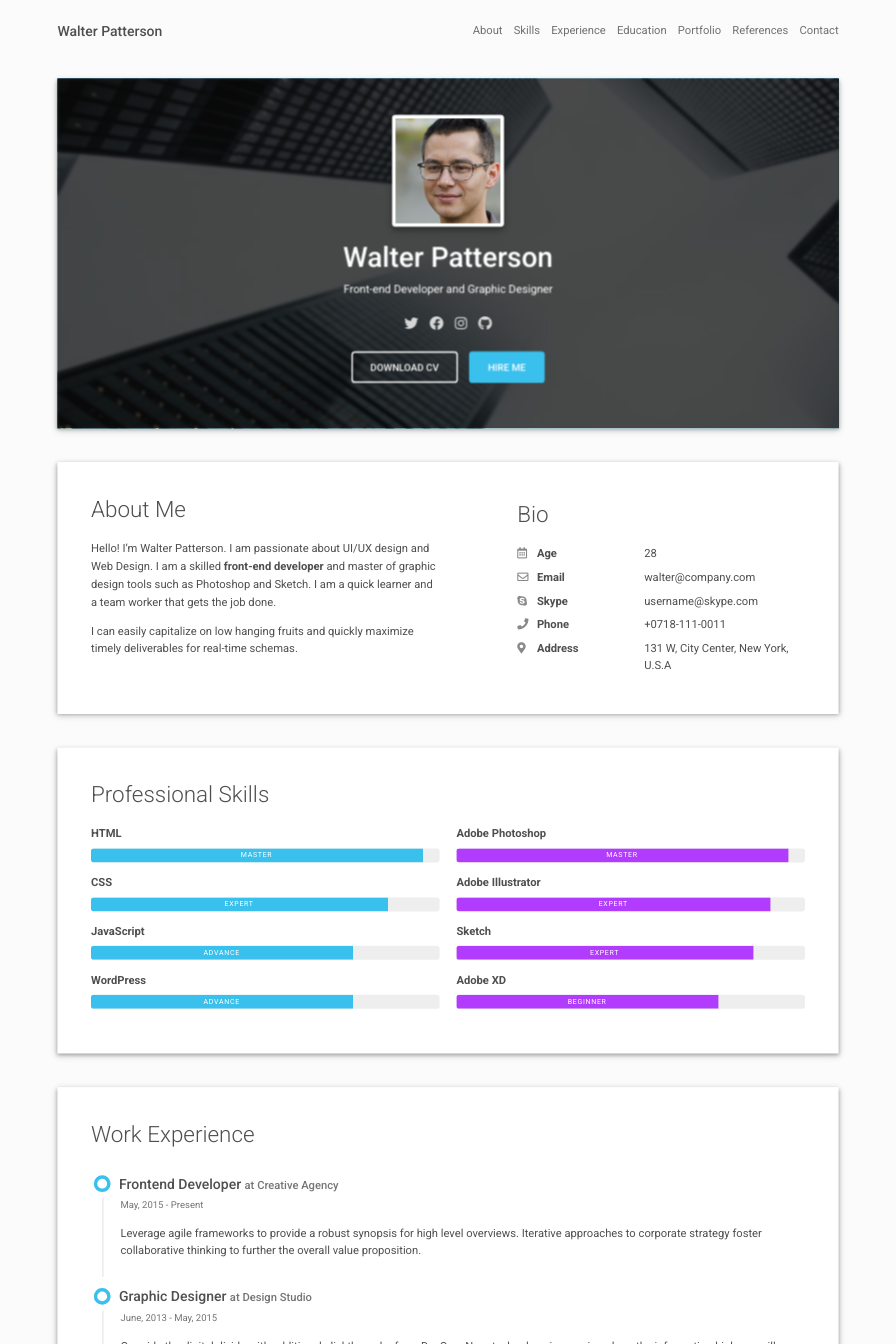
Repository: Namtran3107/CV
Page: index.html
An editor plug-in stored every save of this project. The page is shown before and after the next save, followed by the edit.
The browser window is 1280 px wide. The pictures show the part of the page from y = 0 to 1920 px (the page is 5347 px tall), at 70% of full size.

Above is the page before, as saved 2021-03-10 17:12:45.

### index.html
<!DOCTYPE html>
<html lang="en-US">
  <head>
    <meta charset="UTF-8">
    <meta http-equiv="X-UA-Compatible" content="IE=edge">
    <meta name="viewport" content="width=device-width, initial-scale=1">
    <title>Material Resume</title>
    <link rel="preconnect" href="https://fonts.gstatic.com" crossorigin="crossorigin"/>
    <link rel="preload" as="style" href="https://fonts.googleapis.com/css2?family=Poppins:wght@600&amp;family=Roboto:wght@300;400;500;700&amp;display=swap"/>
    <link rel="stylesheet" href="https://fonts.googleapis.com/css2?family=Poppins:wght@600&amp;family=Roboto:wght@300;400;500;700&amp;display=swap" media="print" onload="this.media='all'"/>
    <noscript>
      <link rel="stylesheet" href="https://fonts.googleapis.com/css2?family=Poppins:wght@600&amp;family=Roboto:wght@300;400;500;700&amp;display=swap"/>
    </noscript>
    <link href="css/font-awesome/css/all.min.css?ver=1.2.1" rel="stylesheet">
    <link href="css/mdb.min.css?ver=1.2.1" rel="stylesheet">
    <link href="css/aos.css?ver=1.2.1" rel="stylesheet">
    <link href="css/main.css?ver=1.2.1" rel="stylesheet">
    <noscript>
      <style type="text/css">
        [data-aos] {
            opacity: 1 !important;
            transform: translate(0) scale(1) !important;
        }
      </style>
    </noscript>
  </head>
  <body class="bg-light" id="top">
    <header class="d-print-none">
      <div class="container text-center text-lg-left">
        <div class="pt-4 clearfix">
          <h1 class="site-title mb-0">Walter Patterson</h1>
          <div class="site-nav">
            <nav role="navigation">
              <ul class="nav justify-content-center">
                <li class="nav-item"><a class="nav-link" href="#about" title="About"><span class="menu-title">About</span></a>
                </li>
                <li class="nav-item"><a class="nav-link" href="#skills" title="Skills"><span class="menu-title">Skills</span></a>
                </li>
                <li class="nav-item"><a class="nav-link" href="#experience" title="Experience"><span class="menu-title">Experience</span></a>
                </li>
                <li class="nav-item"><a class="nav-link" href="#education" title="Education"><span class="menu-title">Education</span></a>
                </li>
                <li class="nav-item"><a class="nav-link" href="#portfolio" title="Portfolio"><span class="menu-title">Portfolio</span></a>
                </li>
                <li class="nav-item"><a class="nav-link" href="#references" title="References"><span class="menu-title">References</span></a>
                </li>
                <li class="nav-item"><a class="nav-link" href="#contact" title="Contact"><span class="menu-title">Contact</span></a>
                </li>
              </ul>
            </nav>
          </div>
        </div>
      </div>
    </header>
    <div class="page-content">
      <div class="container">
<div class="resume-container">
  <div class="shadow-1-strong bg-white my-5" id="intro">
    <div class="bg-info text-white">
      <div class="cover bg-image"><img src="images/header-background.jpg"/>
        <div class="mask" style="background-color: rgba(0, 0, 0, 0.7);backdrop-filter: blur(2px);">
          <div class="text-center p-5">
            <div class="avatar p-1"><img class="img-thumbnail shadow-2-strong" src="images/avatar.jpg" width="160" height="160"/></div>
            <div class="header-bio mt-3">
              <div data-aos="zoom-in" data-aos-delay="0">
                <h2 class="h1">Walter Patterson</h2>
                <p>Front-end Developer and Graphic Designer</p>
              </div>
              <div class="header-social mb-3 d-print-none" data-aos="zoom-in" data-aos-delay="200">
                <nav role="navigation">
                  <ul class="nav justify-content-center">
                    <li class="nav-item"><a class="nav-link" href="https://twitter.com/templateflip" title="Twitter"><i class="fab fa-twitter"></i><span class="menu-title sr-only">Twitter</span></a>
                    </li>
                    <li class="nav-item"><a class="nav-link" href="https://www.facebook.com/templateflip" title="Facebook"><i class="fab fa-facebook"></i><span class="menu-title sr-only">Facebook</span></a>
                    </li>
                    <li class="nav-item"><a class="nav-link" href="https://www.instagram.com/templateflip" title="Instagram"><i class="fab fa-instagram"></i><span class="menu-title sr-only">Instagram</span></a>
                    </li>
                    <li class="nav-item"><a class="nav-link" href="https://github.com/templateflip" title="Github"><i class="fab fa-github"></i><span class="menu-title sr-only">Github</span></a>
                    </li>
                  </ul>
                </nav>
              </div>
              <div class="d-print-none"><a class="btn btn-outline-light btn-lg shadow-sm mt-1 me-3" href="material-resume.pdf" data-aos="fade-right" data-aos-delay="700">Download CV</a><a class="btn btn-info btn-lg shadow-sm mt-1" href="#contact" data-aos="fade-left" data-aos-delay="700">Hire Me</a></div>
            </div>
          </div>
        </div>
      </div>
    </div>
  </div>
  <div class="shadow-1-strong bg-white my-5 p-5" id="about">
    <div class="about-section">
      <div class="row">
        <div class="col-md-6">
          <h2 class="h2 fw-light mb-4">About Me</h2>
          <p>Hello! I’m Walter Patterson. I am passionate about UI/UX design and Web Design. I am a skilled <strong>front-end developer</strong> and master of graphic design tools such as Photoshop and Sketch. I am a quick learner and a team worker that gets the job done.</p>
          <p>I can easily capitalize on low hanging fruits and quickly maximize timely deliverables for real-time schemas.</p>
        </div>
        <div class="col-md-5 offset-lg-1">
          <div class="row mt-2">
            <h2 class="h2 fw-light mb-4">Bio</h2>
            <div class="col-sm-5">
              <div class="pb-2 fw-bolder"><i class="far fa-calendar-alt pe-2 text-muted" style="width:24px;opacity:0.85;"></i> Age</div>
            </div>
            <div class="col-sm-7">
              <div class="pb-2">28</div>
            </div>
            <div class="col-sm-5">
              <div class="pb-2 fw-bolder"><i class="far fa-envelope pe-2 text-muted" style="width:24px;opacity:0.85;"></i> Email</div>
            </div>
            <div class="col-sm-7">
              <div class="pb-2">walter@company.com</div>
            </div>
            <div class="col-sm-5">
              <div class="pb-2 fw-bolder"><i class="fab fa-skype pe-2 text-muted" style="width:24px;opacity:0.85;"></i> Skype</div>
            </div>
            <div class="col-sm-7">
              <div class="pb-2">username@skype.com</div>
            </div>
            <div class="col-sm-5">
              <div class="pb-2 fw-bolder"><i class="fas fa-phone pe-2 text-muted" style="width:24px;opacity:0.85;"></i> Phone</div>
            </div>
            <div class="col-sm-7">
              <div class="pb-2">+0718-111-0011</div>
            </div>
            <div class="col-sm-5">
              <div class="pb-2 fw-bolder"><i class="fas fa-map-marker-alt pe-2 text-muted" style="width:24px;opacity:0.85;"></i> Address</div>
            </div>
            <div class="col-sm-7">
              <div class="pb-2">131 W, City Center, New York, U.S.A</div>
            </div>
          </div>
        </div>
      </div>
    </div>
  </div>
  <div class="shadow-1-strong bg-white my-5 p-5" id="skills">
    <div class="skills-section">
      <h2 class="h2 fw-light mb-4">Professional Skills</h2>
      <div class="row">
        <div class="col-md-6">
          <div class="mb-3"><span class="fw-bolder">HTML</span>
            <div class="progress my-2 rounded" style="height: 20px">
              <div class="progress-bar bg-info" role="progressbar" data-aos="zoom-in-right" data-aos-delay="100" data-aos-anchor=".skills-section" style="width: 95%;" aria-valuenow="95" aria-valuemin="0" aria-valuemax="100">Master</div>
            </div>
          </div>
          <div class="mb-3"><span class="fw-bolder">CSS</span>
            <div class="progress my-2 rounded" style="height: 20px">
              <div class="progress-bar bg-info" role="progressbar" data-aos="zoom-in-right" data-aos-delay="200" data-aos-anchor=".skills-section" style="width: 85%" aria-valuenow="85" aria-valuemin="0" aria-valuemax="100">Expert</div>
            </div>
          </div>
          <div class="mb-3"><span class="fw-bolder">JavaScript</span>
            <div class="progress my-2 rounded" style="height: 20px">
              <div class="progress-bar bg-info" role="progressbar" data-aos="zoom-in-right" data-aos-delay="300" data-aos-anchor=".skills-section" style="width: 75%" aria-valuenow="75" aria-valuemin="0" aria-valuemax="100">Advance</div>
            </div>
          </div>
          <div class="mb-3"><span class="fw-bolder">WordPress</span>
            <div class="progress my-2 rounded" style="height: 20px">
              <div class="progress-bar bg-info" role="progressbar" data-aos="zoom-in-right" data-aos-delay="300" data-aos-anchor=".skills-section" style="width: 75%" aria-valuenow="75" aria-valuemin="0" aria-valuemax="100">Advance</div>
            </div>
          </div>
        </div>
        <div class="col-md-6">
          <div class="mb-3"><span class="fw-bolder">Adobe Photoshop</span>
            <div class="progress my-2 rounded" style="height: 20px">
              <div class="progress-bar bg-secondary" role="progressbar" data-aos="zoom-in-right" data-aos-delay="400" data-aos-anchor=".skills-section" style="width: 95%" aria-valuenow="95" aria-valuemin="0" aria-valuemax="100">Master</div>
            </div>
          </div>
          <div class="mb-3"><span class="fw-bolder">Adobe Illustrator</span>
            <div class="progress my-2 rounded" style="height: 20px">
              <div class="progress-bar bg-secondary" role="progressbar" data-aos="zoom-in-right" data-aos-delay="400" data-aos-anchor=".skills-section" style="width: 90%" aria-valuenow="90" aria-valuemin="0" aria-valuemax="100">Expert</div>
            </div>
          </div>
          <div class="mb-3"><span class="fw-bolder">Sketch</span>
            <div class="progress my-2 rounded" style="height: 20px">
              <div class="progress-bar bg-secondary" role="progressbar" data-aos="zoom-in-right" data-aos-delay="500" data-aos-anchor=".skills-section" style="width: 85%" aria-valuenow="85" aria-valuemin="0" aria-valuemax="100">Expert</div>
            </div>
          </div>
          <div class="mb-3"><span class="fw-bolder">Adobe XD</span>
            <div class="progress my-2 rounded" style="height: 20px">
              <div class="progress-bar bg-secondary" role="progressbar" data-aos="zoom-in-right" data-aos-delay="600" data-aos-anchor=".skills-section" style="width: 75%" aria-valuenow="75" aria-valuemin="0" aria-valuemax="100">Beginner</div>
            </div>
          </div>
        </div>
      </div>
    </div>
  </div>
  <div class="shadow-1-strong bg-white my-5 p-5" id="experience">
    <div class="work-experience-section">
      <h2 class="h2 fw-light mb-4">Work Experience</h2>
      <div class="timeline">
        <div class="timeline-card timeline-card-info" data-aos="fade-in" data-aos-delay="0">
          <div class="timeline-head px-4 pt-3">
            <div class="h5">Frontend Developer <span class="text-muted h6">at Creative Agency</span></div>
          </div>
          <div class="timeline-body px-4 pb-4">
            <div class="text-muted text-small mb-3">May, 2015 - Present</div>
            <div>Leverage agile frameworks to provide a robust synopsis for high level overviews. Iterative approaches to corporate strategy foster collaborative thinking to further the overall value proposition.</div>
          </div>
        </div>
        <div class="timeline-card timeline-card-info" data-aos="fade-in" data-aos-delay="200">
          <div class="timeline-head px-4 pt-3">
            <div class="h5">Graphic Designer <span class="text-muted h6">at Design Studio</span></div>
          </div>
          <div class="timeline-body px-4 pb-4">
            <div class="text-muted text-small mb-3">June, 2013 - May, 2015</div>
            <div>Override the digital divide with additional clickthroughs from DevOps. Nanotechnology immersion along the information highway will close the loop on focusing solely on the bottom line.</div>
          </div>
        </div>
        <div class="timeline-card timeline-card-info" data-aos="fade-in" data-aos-delay="400">
          <div class="timeline-head px-4 pt-3">
            <div class="h5">Junior Web Developer <span class="text-muted h6">at Indie Studio</span></div>
          </div>
          <div class="timeline-body px-4 pb-4">
            <div class="text-muted text-small mb-3">Jan, 2011 - May, 2013</div>
            <div>User generated content in real-time will have multiple touchpoints for offshoring. Organically grow the holistic world view of disruptive innovation via workplace diversity and empowerment.</div>
          </div>
        </div>
      </div>
    </div>
  </div>
  <div class="shadow-1-strong bg-white my-5 p-5" id="education">
    <div class="education-section">
      <h2 class="h2 fw-light mb-4">Education</h2>
      <div class="timeline">
        <div class="timeline-card timeline-card-success" data-aos="fade-in" data-aos-delay="0">
          <div class="timeline-head px-4 pt-3">
            <div class="h5">Masters in Information Technology <span class="text-muted h6">from International University</span>          </div>
          </div>
          <div class="timeline-body px-4 pb-4">
            <div class="text-muted text-small mb-3">2011 - 2013</div>
            <div>Leverage agile frameworks to provide a robust synopsis for high level overviews. Iterative approaches to corporate strategy foster collaborative thinking to further the overall value proposition.</div>
          </div>
        </div>
        <div class="timeline-card timeline-card-success" data-aos="fade-in" data-aos-delay="200">
          <div class="timeline-head px-4 pt-3">
            <div class="h5">Bachelor of Computer Science <span class="text-muted h6">from Regional College</span>          </div>
          </div>
          <div class="timeline-body px-4 pb-4">
            <div class="text-muted text-small mb-3">2007 - 2011</div>
            <div>Override the digital divide with additional clickthroughs from DevOps. Nanotechnology immersion along the information highway will close the loop on focusing solely on the bottom line.</div>
          </div>
        </div>
        <div class="timeline-card timeline-card-success" data-aos="fade-in" data-aos-delay="400">
          <div class="timeline-head px-4 pt-3">
            <div class="h5">Science and Mathematics <span class="text-muted h6">from Mt. High Scool</span>          </div>
          </div>
          <div class="timeline-body px-4 pb-4">
            <div class="text-muted text-small mb-3">1995 - 2007</div>
            <div>User generated content in real-time will have multiple touchpoints for offshoring. Organically grow the holistic world view of disruptive innovation via workplace diversity and empowerment.</div>
          </div>
        </div>
      </div>
    </div>
  </div>
  <div class="shadow-1-strong bg-white my-5 p-5 d-print-none" id="portfolio">
    <div class="portfolio-section">
      <h2 class="h2 fw-light mb-4">Portfolio</h2>
      <div class="row g-0">
        <div class="col-md-6"><a href="https://dribbble.com/" target="_blank"><img class="img-fluid" src="images/project-1.jpg" width="800" height="500"/></a></div>
        <div class="col-md-6 d-flex align-items-center" data-aos="fade-left" data-aos-delay="100">
          <div class="m-4 mt-md-2">
            <p class="text-teal text-small">Frontend / HTML / CSS / JavaScript</p>
            <h3>Photo Agency Website</h3>
            <p class="text-muted">Built highly performant website front end for a Photography agency. Delivered codebase in HTML, CSS and modern JavaScript.</p>
          </div>
        </div>
      </div>
      <div class="row g-0 portfolio-reverse">
        <div class="col-md-6 d-flex align-items-center" data-aos="fade-right" data-aos-delay="100">
          <div class="m-4 mt-md-2 text-end">
            <p class="text-teal text-small">Graphic Design / Photoshop / Sketch</p>
            <h3>Restaurant Website Design</h3>
            <p class="text-muted">Web design for popular resturant chain involving complex layouts done in both Photoshop and Sketch. Collaborated with back-end and front-end team for finished product.</p>
          </div>
        </div>
        <div class="col-md-6"><a href="https://www.behance.net/" target="_blank"><img class="img-fluid" src="images/project-2.jpg" width="800" height="500"/></a></div>
      </div>
      <div class="row g-0">
        <div class="col-md-6"><a href="https://dribbble.com/" target="_blank"><img class="img-fluid" src="images/project-3.jpg" width="800" height="500"/></a></div>
        <div class="col-md-6 d-flex align-items-center" data-aos="fade-left" data-aos-delay="100">
          <div class="m-4 mt-md-2">
            <p class="text-teal text-small">Frontend / HTML / CSS / JavaScript</p>
            <h3>E-Commerce Website</h3>
            <p class="text-muted">Built highly performant website for an E-commerce Portal. Worked with back-end team to timely deliver codebase in HTML, CSS and modern JavaScript.</p>
          </div>
        </div>
      </div>
    </div>
  </div>
  <div class="shadow-1-strong bg-white my-5 p-5" id="references">
    <div class="reference-section">
      <h2 class="h2 fw-light mb-4">References</h2>
      <div class="row">
        <div class="col-md-6">
          <div class="d-flex mb-2">
            <div class="avatar"><img src="images/reference-image-1.jpg" width="60" height="60"/></div>
            <div class="header-bio m-3 mb-0">
              <h3 class="h6 mb-1" data-aos="fade-left" data-aos-delay="0">Aiyana</h3>
              <p class="text-muted text-small" data-aos="fade-left" data-aos-delay="100">CEO / Web Design Company</p>
            </div>
          </div>
          <div class="d-flex"><i class="text-secondary fas fa-quote-left"></i>
            <p class="lead mx-2" data-aos="fade-left" data-aos-delay="100">Walter displays exemplary professionalism and is able to take on challenges. He learns quickly and is an asset to any team.</p>
          </div>
        </div>
        <div class="col-md-6">
          <div class="d-flex mb-2">
            <div class="avatar"><img src="images/reference-image-2.jpg" width="60" height="60"/></div>
            <div class="header-bio m-3 mb-0">
              <h3 class="h6 mb-1" data-aos="fade-left" data-aos-delay="0">Alexander</h3>
              <p class="text-muted text-small" data-aos="fade-left" data-aos-delay="100">Front-end Developer / Web Design Company</p>
            </div>
          </div>
          <div class="d-flex"><i class="text-secondary fas fa-quote-left"></i>
            <p class="lead mx-2" data-aos="fade-left" data-aos-delay="100">Walter is a great co-worker and problem solver. He is quick to extend his helping hand and makes a good team player.</p>
          </div>
        </div>
      </div>
    </div>
  </div>
  <div class="shadow-1-strong bg-white my-5 p-5" id="contact">
    <div class="contant-section">
      <h2 class="h2 fw-light text mb-4">Contact</h2>
      <div class="row mb-4">
        <div class="col-md-5" data-aos="fade-left" data-aos-delay="200">
          <div class="mt-1">
            <div class="h6"><i class="fas fa-phone pe-2 text-muted" style="width:24px;opacity:0.85;"></i> +0718-111-0011</div>
            <div class="h6"><i class="far fa-envelope pe-2 text-muted" style="width:24px;opacity:0.85;"></i> walter@company.com</div>
          </div>
          <div class="mt-5 d-print-none"><form action="https://formspree.io/your@email.com"
    method="POST">
  <div class="form-outline mb-4">
    <input type="text" id="name" class="form-control" required/>
    <label class="form-label" for="name">Name</label>
  </div>
  <div class="form-outline mb-4">
    <input type="email" id="email" class="form-control" required/>
    <label class="form-label" for="email">Email address</label>
  </div>
  <div class="form-outline mb-4">
    <textarea class="form-control" style="resize: none;" id="message" rows="4" required></textarea>
    <label class="form-label" for="message">Message</label>
  </div>
  <button class="btn btn-info btn-block mb-4" type="submit">Send</button>
</form>
          </div>
        </div>
        <div class="col-md-7 d-print-none" data-aos="zoom-in" data-aos-delay="100"><iframe src="https://www.google.com/maps/embed?pb=!1m18!1m12!1m3!1d496.9774799129763!2d-73.98032087190995!3d40.765927126473905!2m3!1f0!2f0!3f0!3m2!1i1024!2i768!4f13.1!3m3!1m2!1s0x89c258f9cfcb250d%3A0xdb570ddcb766e3a8!2sNew%20York%20City%20Center!5e0!3m2!1sen!2sin!4v1614183731149!5m2!1sen!2sin" width="500" height="400" style="border:0;width:100%;" allowfullscreen="" loading="lazy"></iframe></div>
      </div>
    </div>
  </div>
</div></div>
    </div>
    <footer class="pt-4 pb-4 text-muted text-center d-print-none">
      <div class="container">
        <div class="my-3">
          <div class="h4">Walter Patterson</div>
          <div class="footer-nav">
            <nav role="navigation">
              <ul class="nav justify-content-center">
                <li class="nav-item"><a class="nav-link" href="https://twitter.com/templateflip" title="Twitter"><i class="fab fa-twitter"></i><span class="menu-title sr-only">Twitter</span></a>
                </li>
                <li class="nav-item"><a class="nav-link" href="https://www.facebook.com/templateflip" title="Facebook"><i class="fab fa-facebook"></i><span class="menu-title sr-only">Facebook</span></a>
                </li>
                <li class="nav-item"><a class="nav-link" href="https://www.instagram.com/templateflip" title="Instagram"><i class="fab fa-instagram"></i><span class="menu-title sr-only">Instagram</span></a>
                </li>
                <li class="nav-item"><a class="nav-link" href="https://github.com/templateflip" title="Github"><i class="fab fa-github"></i><span class="menu-title sr-only">Github</span></a>
                </li>
              </ul>
            </nav>
          </div>
        </div>
        <div class="text-small">
          <div class="mb-1">&copy; Material Resume. All rights reserved.</div>
          <div>Design - <a href="https://templateflip.com/" target="_blank">TemplateFlip</a></div>
        </div>
      </div>
    </footer>
    <script src="scripts/mdb.min.js?ver=1.2.1"></script>
    <script src="scripts/aos.js?ver=1.2.1"></script>
    <script src="scripts/main.js?ver=1.2.1"></script>
  </body>
</html>

Loaded but not shown: css/font-awesome/css/all.min.css (library); css/mdb.min.css (library); css/aos.css (library); scripts/mdb.min.js (library); scripts/aos.js (library); scripts/main.js (common file); css/main.css (142 lines, source omitted)

After the next save:
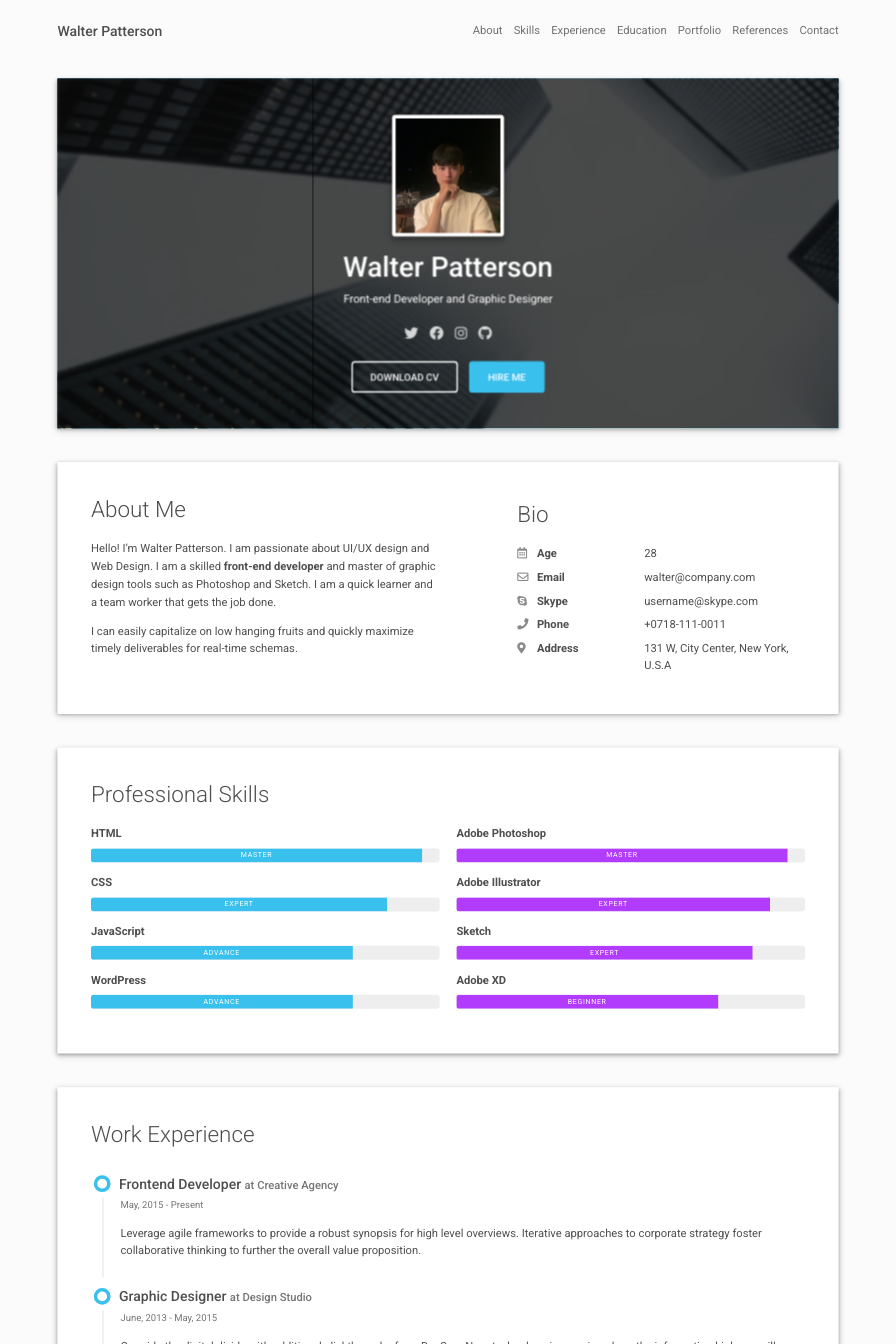
Saved 725 days later.
--- a/index.html
+++ b/index.html
@@ -60,7 +60,7 @@
       <div class="cover bg-image"><img src="images/header-background.jpg"/>
         <div class="mask" style="background-color: rgba(0, 0, 0, 0.7);backdrop-filter: blur(2px);">
           <div class="text-center p-5">
-            <div class="avatar p-1"><img class="img-thumbnail shadow-2-strong" src="images/avatar.jpg" width="160" height="160"/></div>
+            <div class="avatar p-1"><img class="img-thumbnail shadow-2-strong" src="./images/IMG_2092.JPG" width="160" height="160"/></div>
             <div class="header-bio mt-3">
               <div data-aos="zoom-in" data-aos-delay="0">
                 <h2 class="h1">Walter Patterson</h2>
